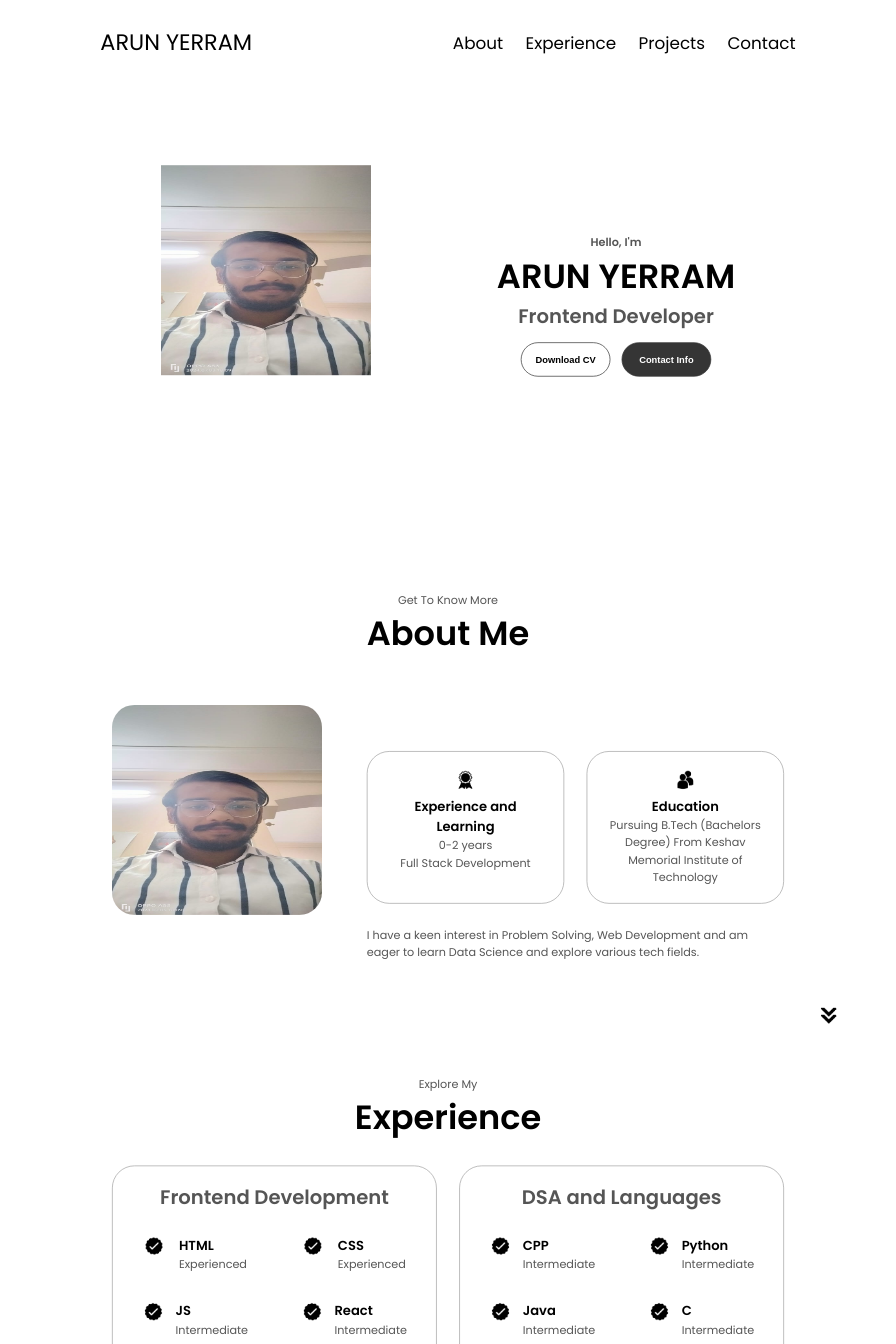
Repository: ARUN-YERRAM/ARUN-YERRAM-PORTFOLIO
Page: index.html
The author's editor kept a copy of each file at every save. The page is drawn from the files as they stood at one save, then again after the next save.
The browser window is 1280 px wide. The pictures show the part of the page from y = 0 to 1920 px (the page is 3401 px tall), at 70% of full size.

Above is the page before, as saved 2024-09-04 01:31:54.

After the next save:
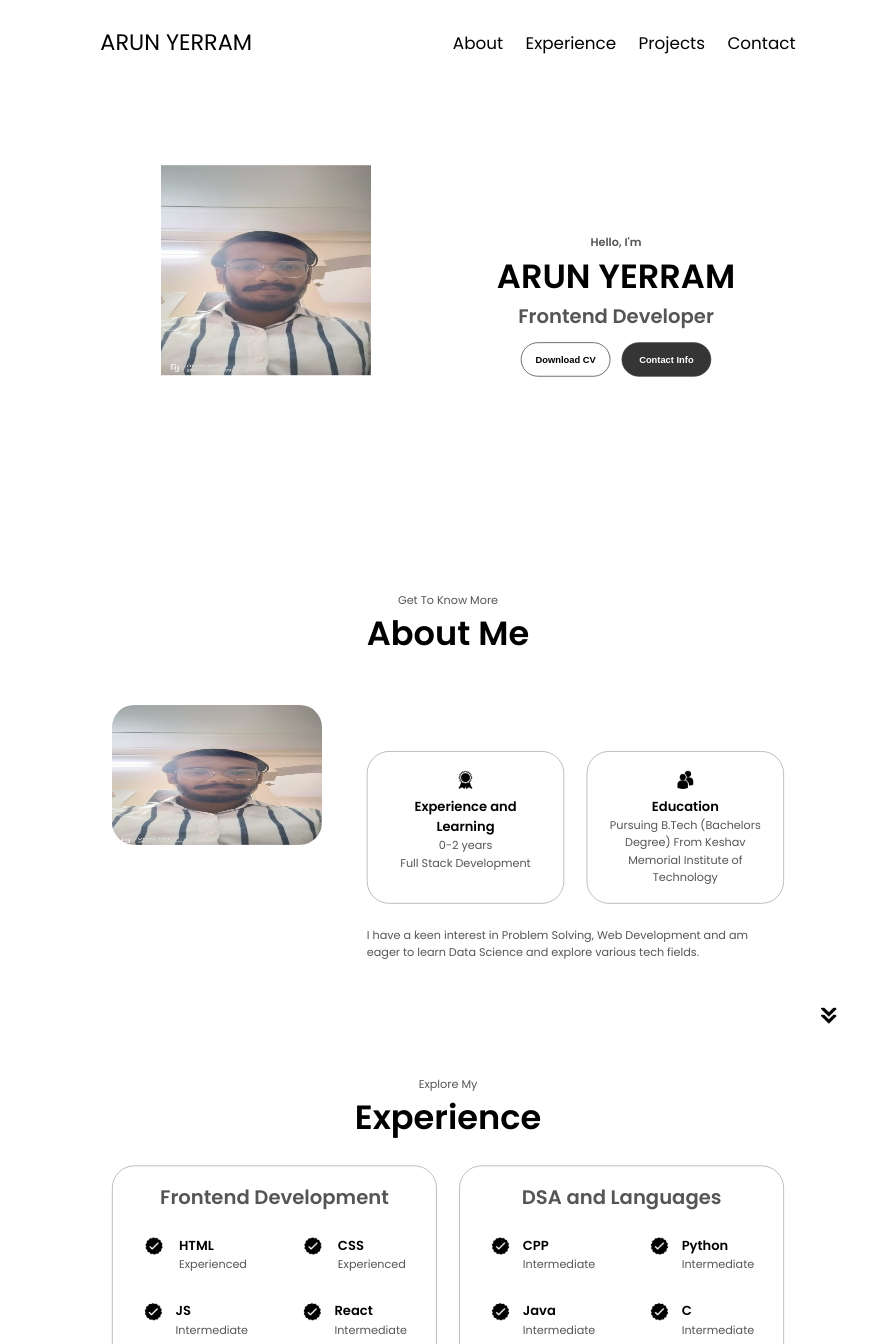
Saved 72 s later.
--- a/index.html
+++ b/index.html
@@ -65,7 +65,7 @@
     <h1 class="title">About Me</h1>
     <div class="section-container">
       <div class="section__pic-container">
-        <img src="./assets/Arun.jpg" alt="Profile picture" class="about-pic" width="300px" height="300px"/>
+        <img src="./assets/Arun.jpg" alt="Profile picture" class="about-pic" width="300px" height="200px"/>
       </div>
       <div class="about-details-container">
         <div class="about-containers">
